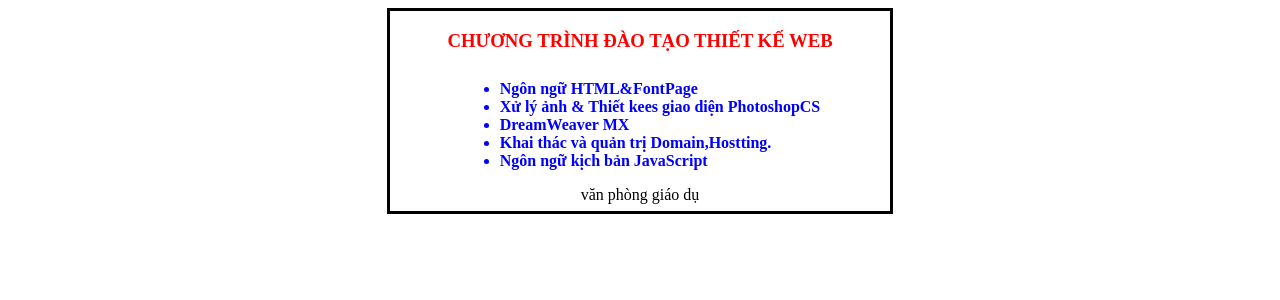
Repository: Tan-Khang21/TH_TKW--Buoi_01
Page: Buoi_01/BT_tren_lop/BT_04/DS2.html
The author's editor kept a copy of each file at every save. The page is drawn from the files as they stood at one save, then again after the next save.
The browser window is 1280 px wide. The pictures show the whole page.

Above is the page before, as saved 2024-01-19 09:29:58.

### Buoi_01/BT_tren_lop/BT_04/DS2.html
<!DOCTYPE html>
<html lang="en">
<head>
    <meta charset="UTF-8">
    <meta name="viewport" content="width=device-width, initial-scale=1.0">
    <title>Document</title>
    <link rel="stylesheet" href="/DS2.css">
</head>
<body>
    <div>
        <h3>CHƯƠNG TRÌNH ĐÀO TẠO THIẾT KẾ WEB</h3>
        <ul>
            <li>Ngôn ngữ HTML&FontPage</li>
            <li>Xử lý ảnh & Thiết kees giao diện PhotoshopCS</li>
            <li>DreamWeaver MX</li>
            <li>Khai thác và quản trị Domain,Hostting.</li>
            <li>Ngôn ngữ kịch bản JavaScript</li>
        </ul>
        <span>văn phòng giáo dụ </span>
    </div>
</body>
</html>

### Buoi_01/BT_tren_lop/BT_04/DS2.css
div {
    display: flex;
    align-items: center;
    flex-direction: column;
    border: 3px solid black;
    width: 500px;
    height: 200px;
    margin-left: auto;
    margin-right: auto;
  }
  h3 {
    color: red;
    font-weight:bolder;
  }
  ul{
      color: blue;
      font-weight: bold;
      margin-top: 10px;
  }

After the next save:
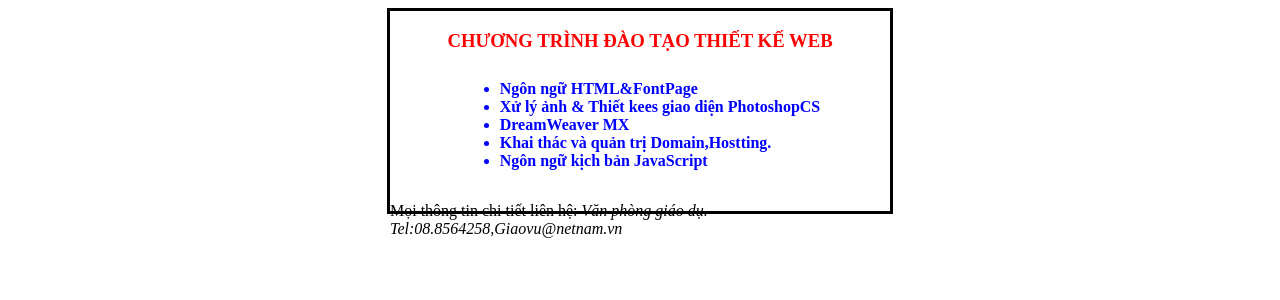
Saved 2 min 18 s later.
--- a/Buoi_01/BT_tren_lop/BT_04/DS2.html
+++ b/Buoi_01/BT_tren_lop/BT_04/DS2.html
@@ -16,7 +16,7 @@
             <li>Khai thác và quản trị Domain,Hostting.</li>
             <li>Ngôn ngữ kịch bản JavaScript</li>
         </ul>
-        <span>văn phòng giáo dụ </span>
+        <p>Mọi thông tin chi tiết liên hệ: <i>Văn phòng giáo dụ. Tel:08.8564258,Giaovu@netnam.vn</i></p>
     </div>
 </body>
 </html>
